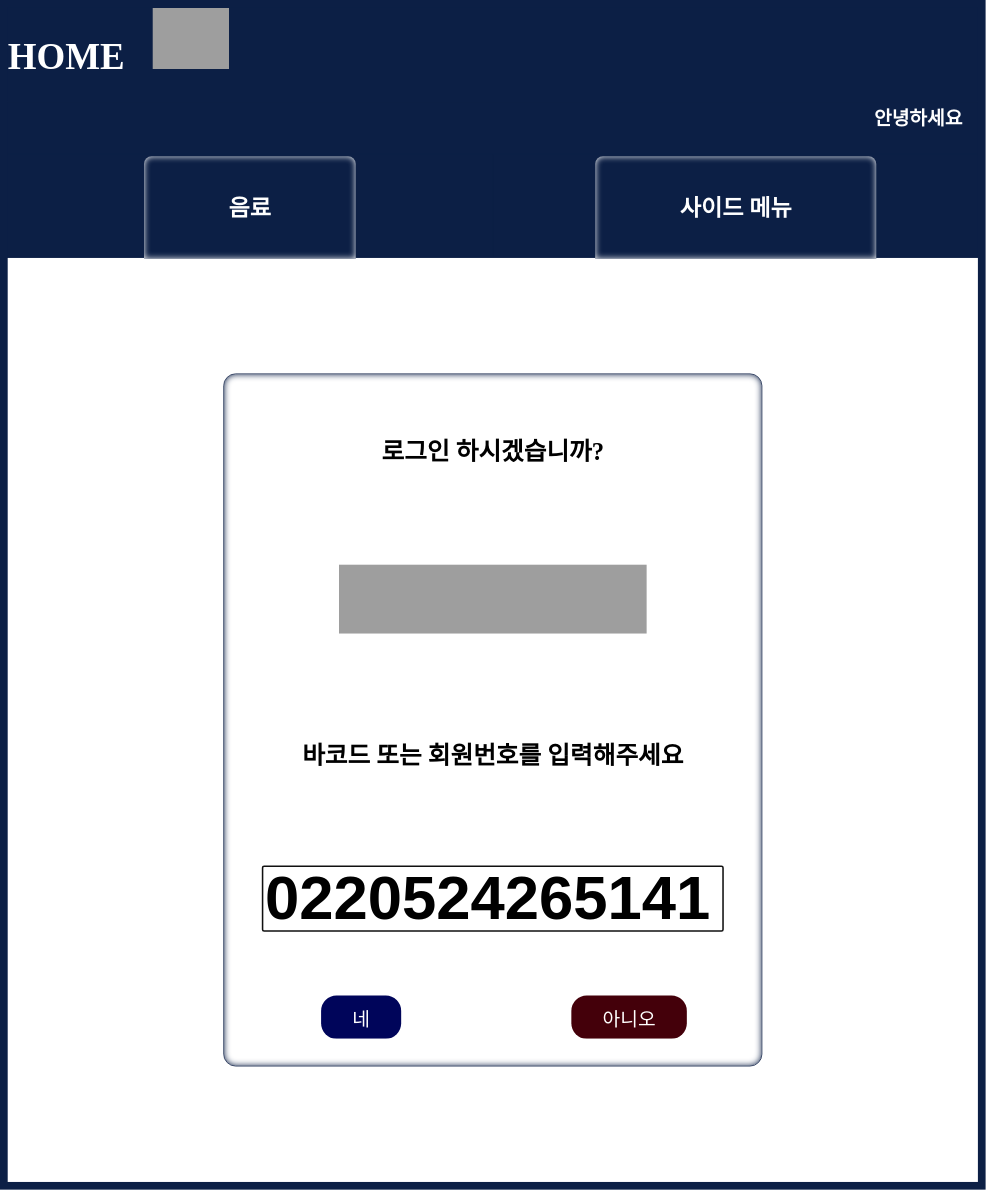
Repository: DevJoeYC/Metabukcs
Page: http://localhost/metabucks/KIOSK/login.jsp
These files come from the project's save history. The page is drawn as it stood at one moment and after the next save; the edit follows.
The browser window is 1280 px wide. The pictures show the whole page, at 77% of full size.
Pictures or frames that could not be fetched are drawn as grey boxes. The page is served by Tomcat 9. Other server files are loaded and not shown.

Above is the page before, as saved 2022-05-27 06:18:54.

### metabucks/WebContent/KIOSK/login.jsp
<%@ page language="java" contentType="text/html; charset=UTF-8"
    pageEncoding="UTF-8"%>
<%@ include file="includes/head.jsp" %>
<script>
	window.onload = function()
	{
		$("#usernum").focus();
	}

	function DoLogin()
	{
		if($("#usernum").val() == "" || $("#usernum").val() == null)

		{
			alert("회원번호를 입력하세요.");
			$("#usernum").focus();
			return;
		}

		//로그인 처리
		$.ajax({
			type : "post",
			url: "loginok.jsp",
			dataType: "html",
			data:
			{
				usernum: $("#usernum").val()
		    },
			success : function(data)
			{
				data = data.trim();
				if(data == "OK")
				{
					document.location = "drinkmenu.jsp";
				}else
				{
					alert("회원번호가 일치하지 않습니다.");
				}
			}
		});
	}
</script>
<!-- ==================================================================================================================== -->
<tr>
	<td style="background-color:white;padding:150px 0px 150px 0px" colspan=3>
		<form name="login" method="post" action="loginok.jsp" onsubmit="javascript:return false;">
		<table id="login" border="0" height="900" width="700" style="margin : auto; text-align:center">
			<tr>
				<td colspan="2"><h1 style="">로그인 하시겠습니까?</h1></td>
			</tr>
			<tr>
				<td colspan="2"><img src="images/barcode.png" width="400" height="90"></td>
			</tr>
			<tr>
				<td colspan=2><h1>바코드 또는 회원번호를 입력해주세요</h1></td>
			</tr>

			<tr>
				<td colspan=2><input type="text"
									 id="usernum"
									 name="usernum"
									 style="width: 37rem; height: 5rem;font-size: 5rem;font-weight:bold"
									 value="0220524265141">
				</td>
			</tr>

			<tr>
				<td width="350px"><a id="yes" href="javascript:DoLogin();">네</a></td>
				<td><span><a id="no" href="drinkmenu.jsp">아니오</a></span></td>
			</tr>
		</table>
		</form>
	</td>
<!-- ==================================================================================================================== -->
<%@ include file="includes/tail.jsp" %>

### metabucks/WebContent/KIOSK/includes/head.jsp
<%@ page language="java" contentType="text/html; charset=UTF-8"
    pageEncoding="UTF-8"%>
<%@ page import="meta.dto.*" %>
<%@ page import="meta.vo.*" %>
<!DOCTYPE html>

<%
	//session.setMaxInactiveInterval(60*1); //1분후 세션만료(아무 움직임 없을시)
	String id = "";
	accountVO user  = (accountVO) session.getAttribute("accountVO");
	if(user != null)
	{
		id = user.id();
	}
%>
<html>
	<head>

		<title>메타벅스</title>
		<link rel="stylesheet" href="css/kiosk.css"/>
		<script src="js/jquery-3.6.0.js"></script>
	</head>
	<body>
		<table border=0  style="width:100%;">
			<tr>
				<td id="bar" colspan="2" style="text-align:left;padding:0px 0px 30px 0px; font-size:3rem;">
					<a style="color: white;text-decoration:none;" href="index.jsp">HOME &nbsp;
					<img src="images/CoffeeLogo.png" height="80px" width="100px">
					</a>
				</td>
			</tr>
			<tr>
				<td id="bar" colspan="2" style="text-align:right; width:100px; height:30px; font-size:25px; padding:0px 20px 30px 0px">
					<%
						if(id == null || id.equals(""))
						{
							%>
								안녕하세요
							<%
						}else
						{
							%>
							( <%= user.name() %> )님 환영합니다 &nbsp;&nbsp;&nbsp;<a id="mypagebtn" href="mypage.jsp">마이페이지</a></td>
							<%
						}
					%>
				</td>
			</tr>
			<tr>
				<td id="bar"  height="130px" width="100px" style="text-align:center"><a id="menu" style="color: white" href="drinkmenu.jsp">음료</a></td>
				<td id="bar" width="130px" style="text-align:center"><a id="menu" style="color: white" href="sidemenu.jsp">사이드 메뉴</a></td>
			</tr>

### metabucks/WebContent/KIOSK/includes/tail.jsp
<%@ page language="java" contentType="text/html; charset=UTF-8"
    pageEncoding="UTF-8"%>
</tr>
		</table>
	</body>
	</html>

### metabucks/WebContent/KIOSK/css/kiosk.css
@charset "UTF-8";

	#indexbar
	{
		font-size:30px
	}
	#abtn
	{
		text-decoration: none;
		background-color: #0C1F45;
		border:dotted;
		color: maroon;
		padding:80px 300px 80px 300px ;
		text-align: center;
		display: inline-block;
		border-radius: 20px 20px 20px 20px;
	}
	#abtn:hover, #abtn:active
	{
		background-color: #471214;
	}

	body
	{
		background-color:#0C1F45;
	}

	#login
	{
		background-color:white;
		border:1px solid #0C1F45;
		border-radius:16px;
		box-shadow:inset 0 0 8px #0C1F45;
	}
	#bar
	{
		background-color:#0C1F45;
		color:white;
		font-size:30px;
		font-weight:bold;
	}
	#menu
	{
		background-color: #0C1F45;
		text-decoration: none;
		padding: 50px 110px;
		border-radius: 10px 10px 0px 0px;
		box-shadow:inset 0 0 8px white;
		font-weight:bold;
	}
	#menu:hover
	{
		background-color: #471214;
	}
	#yes
	{
		text-decoration: none;
		background-color: #00055A;
		color: white;
		padding: 10px 40px;
		text-align: center;
		display: inline-block;
		border-radius: 20px 20px 20px 20px;
		font-size:25px;
	}
	#no
	{
		text-decoration: none;
		background-color: #44000A;
		color: white;
		padding: 10px 40px;
		text-align: center;
		display: inline-block;
		border-radius: 20px 20px 20px 20px;
		font-size:25px;
	}

	#optbtn
	{
		background-Color:#0C1F45;
		font:12px;
		font-weight:bold;
		color:white;
		border-radius: 10px 10px 10px 10px;
		font-size:20px;
	}
	#optbtn:hover
	{
		background-Color:#085820;
	}
	#optbtn:visited
	{
		background-Color:#085820;
	}
	#mypagebtn
	{
		text-decoration: none;
		background-color: white;
		color:black;
		padding: 10px 20px;
		display: inline-block;
		border-radius: 20px 20px 20px 20px;
		font-weight:bold;
		font-size:15px
	}

	#orderbtn
	{
		text-decoration: none;
		background-color: white;
		color: black;
		padding: 30px 190px;
		display: inline-block;
		border-radius: 10px 10px 10px 10px;;
		font-weight:bold;
		font-size:30px
	}
	#cancelbtn
	{
		text-decoration: none;
		background-color: #660010;
		color: white;
		padding: 60px 100px;
		display: inline-block;
		border-radius: 10px 10px 10px 10px;;
		font-weight:bold;
		font-size:30px;
	}

Loaded but not shown: metabucks/WebContent/KIOSK/js/jquery-3.6.0.js (library)

After the next save:
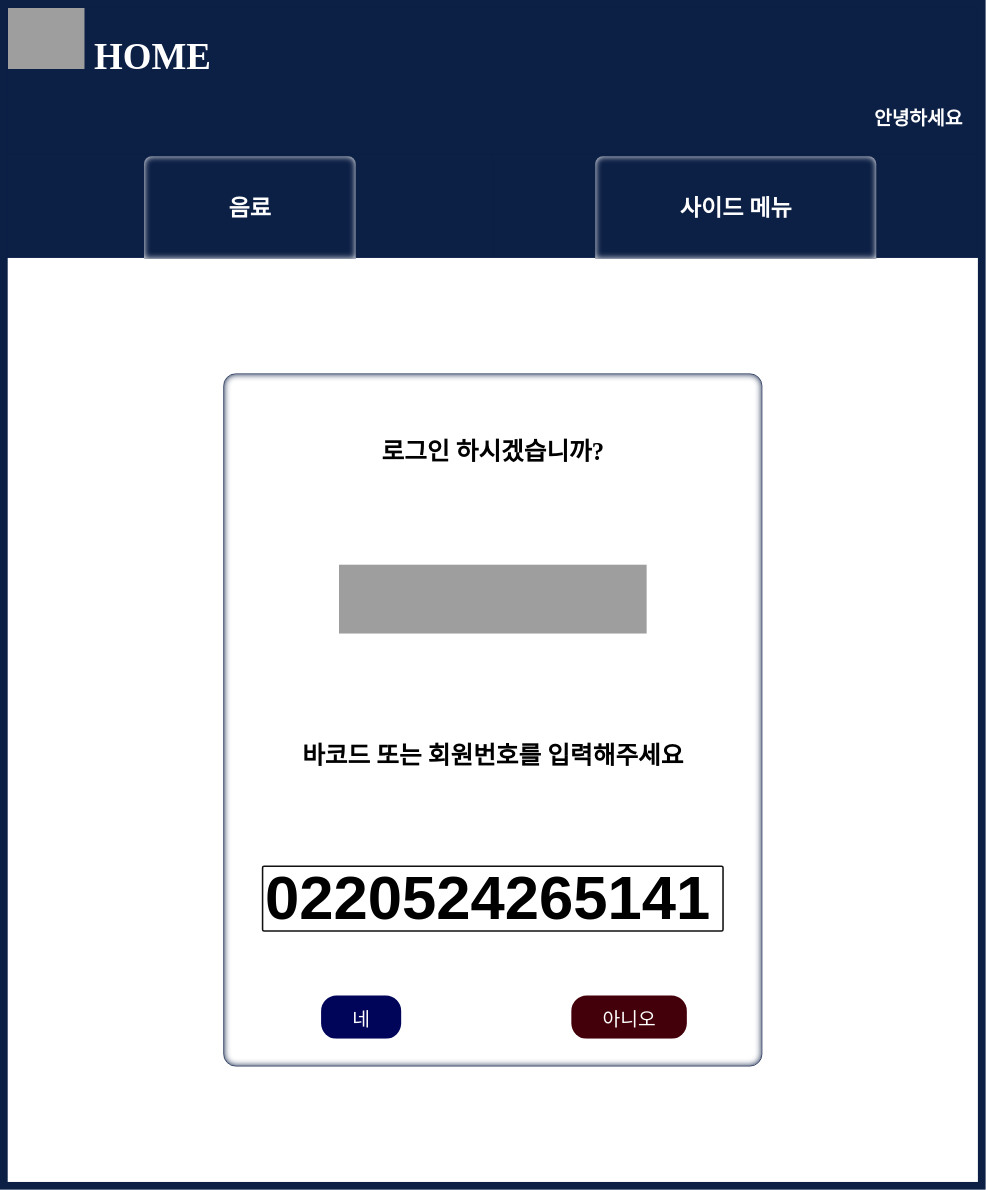
Saved 17 s later.
--- a/metabucks/WebContent/KIOSK/includes/head.jsp
+++ b/metabucks/WebContent/KIOSK/includes/head.jsp
@@ -24,8 +24,9 @@
 		<table border=0  style="width:100%;">
 			<tr>
 				<td id="bar" colspan="2" style="text-align:left;padding:0px 0px 30px 0px; font-size:3rem;">
-					<a style="color: white;text-decoration:none;" href="index.jsp">HOME &nbsp;
+					<a style="color: white;text-decoration:none;" href="index.jsp">
 					<img src="images/CoffeeLogo.png" height="80px" width="100px">
+					HOME &nbsp;
 					</a>
 				</td>
 			</tr>
